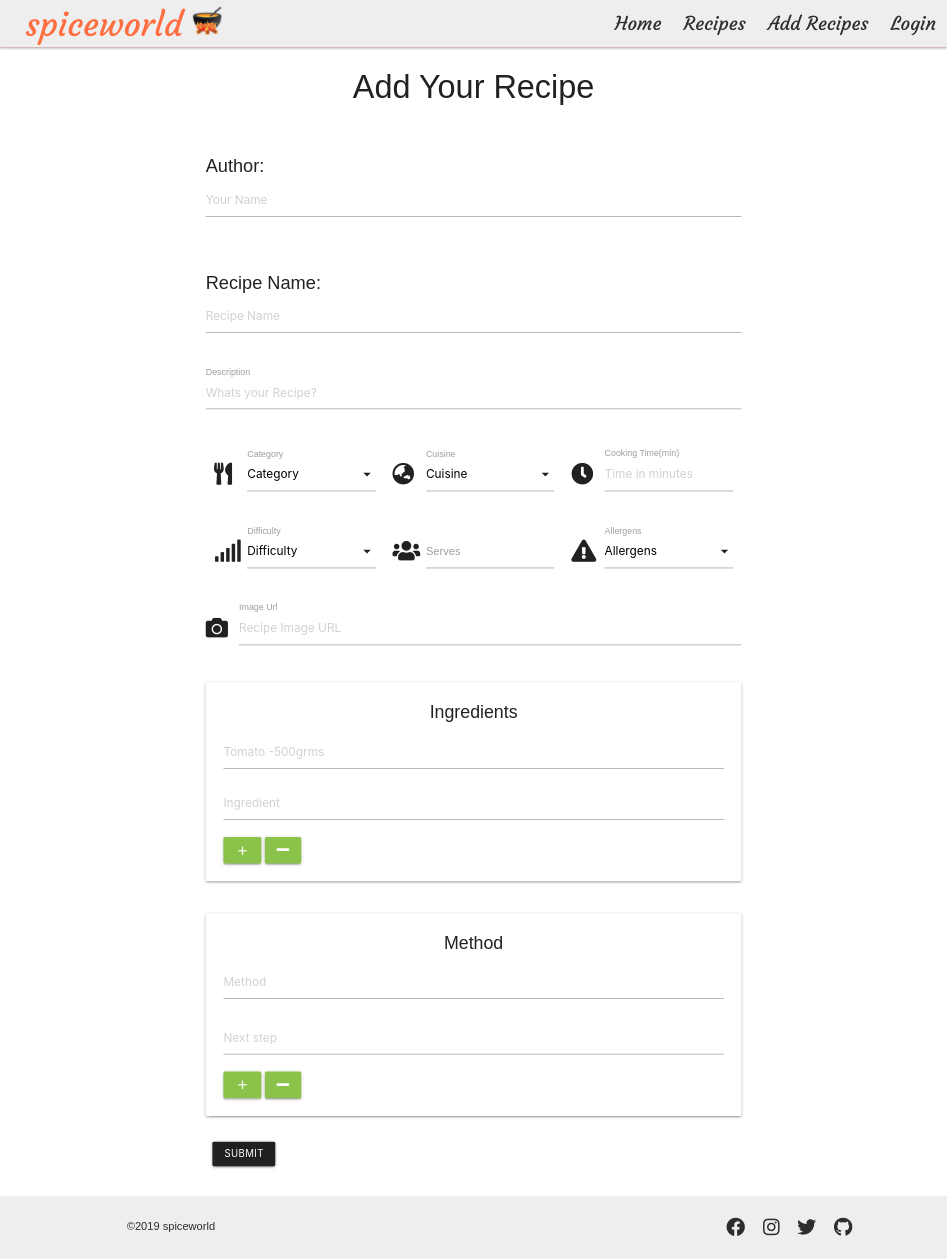
Repository: stephyraju/spiceworld
Page: http://localhost/add_recipe
The author's editor kept a record of every edit. The page is drawn from the files as they stood at one moment, then again after the next edit.
The browser window is 1280 px wide. The pictures show the whole page, at 74% of full size.
Some web libraries are served in a nearby version. The page is served by the project's application, run on Flask 3 (app.py). Queries for data that is not in the repository find no rows.

Above is the page before.

### templates/addrecipe.html
{% extends 'base.html'%} {% block content %}
<section class="container">
    <div class="row center">
        <h3>Add Your Recipe</h3>
    </div>
    <div class="row">
        <form action="{{ url_for('insert_recipe') }}" method="POST" class="col s12">
            <!-- Author -->
            <div class="row">
                <div class="input-field col s10 offset-s1">
                    <h5><strong>Author:</strong></h5>
                    <input placeholder="Your Name" id="author" name="author" type="text" class="validate" required="">
                </div>
            </div>
            <!-- recipe name -->
            <div class="row">
                <div class="input-field col s10 offset-s1">
                    <h5><strong>Recipe Name:</strong></h5>
                    <input placeholder="Recipe Name" id="recipe_name" name="recipe_name" type="text" class="validate" required="">
                </div>
            </div>
             <!-- Description -->
            <div class="row">
                <div class="input-field col s10 offset-s1">

                    <textarea id="recipe_description" placeholder="Whats your Recipe?" name="recipe_description" class="materialize-textarea" required></textarea>
                    <label for="icon_telephone">Description</label>
                </div>
            </div>



            <!-- Category -->
            <div class="row">
                <div class="col m10 offset-m1">
                    <!-- Category -->
                    <div class="col s6 l4">
                        <div class="input-field">
                            <i class="fas fa-utensils material-icons prefix"></i>
                            <select id="category" name="category_name" class="validate" required>
                           <option value="" disabled selected>Category</option>
                            {% for cat in categories %}
                           <option value="{{cat.category_name}}">{{cat.category_name}}</option>
                           {% endfor %}
                           </select>
                            <label>Category</label>
                        </div>
                    </div>

                    <!-- Cuisine -->
                    <div class="col s6 l4">
                        <div class="input-field">
                            <i class="fas fa-globe-asia material-icon prefix"></i>
                            <select id="cuisine" name="cuisine" class="validate" required>
                           <option value="" disabled selected>Cuisine</option>
                           {% for cuisine in cuisines %}
                                    <option value="{{cuisine.cuisine}}">{{cuisine.cuisine}}</option>
                                {% endfor %}
                           </select>
                            <label>Cuisine</label>
                        </div>
                    </div>
                    <!-- Cooking Time -->
                    <div class="col s6 l4">
                        <div class="input-field">
                            <i class="fas fa-clock material-icons prefix"></i>
                            <input id="cooking_time" name="cooking_time" type="number" placeholder="Time in minutes" class="validate" min="1" required="">
                            <label>Cooking Time(min)</label>
                        </div>
                    </div>
                </div>
            </div>
            <div class="row">
                <div class="col m10 offset-m1">
                    <!-- Difficulty -->
                    <div class="col s6 l4">
                        <div class="input-field">
                            <i class="fas fa-signal material-icons prefix"></i>
                            <select id="difficulty" name="" class="validate" required>
                           <option value="" disabled selected>Difficulty</option>
                                {% for level in difficulty%}
                                    <option value="{{level.difficulty}}">{{level.difficulty}}</option>
                                {% endfor %}
                           </select>
                            <label>Difficulty</label>
                        </div>
                    </div>
                    <!-- Serves -->
                    <div class="col s6 l4">
                        <div class="input-field">
                            <i class="fas fa-users material-icons prefix"></i>
                            <input id="serves" name="serves" type="number" class="validate" min="1" required="">
                            <label>Serves</label>
                        </div>
                    </div>
                    <!-- Allergens -->
                    <div class="col s6 l4">
                        <div class="input-field">
                            <i class="fas fa-exclamation-triangle material-icon prefix"></i>
                            <select id="allergens" name="allergens" class="validate" required>
                           <option value="" disabled selected>Allergens</option>
                            {% for allergen in allergens %}
                            <option class="allergens" value="{{allergen.allergen}}">{{allergen.allergen}}</option>
                            {% endfor %}
                           </select>
                            <label>Allergens</label>
                        </div>
                    </div>

                </div>
            </div>
            <!--Image Url-->
            <div class="row">
                <div class="col s10 offset-s1">
                    <div class="input-field ">
                        <i class="fas fa-camera material-icons prefix"></i>
                        <input id="image_url" name="image_url" class="validate" type="url" minlength="15" placeholder="Recipe Image URL" pattern="https?://.+">
                        <label for="image_url">Image Url</label>
                    </div>
                </div>
            </div>
            <!--Ingredients-->
            <div class="row">
                <div class="col s10 offset-s1">
                    <div class="card background">
                        <div class="card-content">
                            <span class="card-title center">Ingredients</span>

                            <div class="addIngredient">
                                <div class="input-field whites-4">
                                    <input id="ingredients" type="text" placeholder="Tomato -500grms" name="ingredients[]" required>
                                </div>
                            </div>
                            <div class="new-ingredient ingredient">
                                <div class="input-field whites-4">
                                    <input id="ingredient-new" type="text" class="ingredient validate" placeholder="Ingredient" name="ingredients[]" minlength="1" maxlength="10" required>
                                </div>
                            </div>
                            <!-- add button -->
                            <a id="add_ingredient" class="btn waves-effect waves-light light-green"><i class="material-icons">add</i></a>
                            <a id="remove_ingredient" class="btn waves-effect waves-light light-green"><i class="fas fa-minus"></i></a>
                        </div>
                    </div>
                </div>
            </div>
            <!--Direction-->
            <div class="row">
                <div class="col s10 offset-s1">
                    <div class="card background">
                        <div class="card-content">
                            <span class="card-title center">Method</span>
                            <div class="input-field whites-4">
                                <textarea id="methods" class="materialize-textarea validate" placeholder="Method" name="method" minlength="5" maxlength="600"></textarea>
                            </div>

                            <div class="new-step method">
                                <div class="input-field whites-4">
                                    <input id="new-step" type="text" class="method validate" placeholder="Next step" name="method" minlength="5" maxlength="600" required>
                                </div>
                            </div>
                            <a id="add_method" class="btn waves-effect waves-light light-green"><i class="material-icons">add</i></a>
                            <a id="remove_method" class="btn waves-effect waves-light light-green"><i class="fas fa-minus"></i></a>
                        </div>
                    </div>
                </div>
            </div>

            <!--Submit button-->
            <div class="row col s10 offset-s1">
                <button class="btn waves-effect waves-light btn-small grey darken-4" type="submit" name="action">Submit</button>
            </div>
        </form>
    </div>
</section>
{% endblock %}

### templates/base.html
<!DOCTYPE html>
<html lang="en">

<head>
  <meta charset="UTF-8">
  <meta name="viewport" content="width=device-width, initial-scale=1.0">
  <meta http-equiv="X-UA-Compatible" content="ie=edge">
  <title>spiceworld</title>

  <!--Import Google Icon Font-->
  <link href="https://fonts.googleapis.com/icon?family=Material+Icons" rel="stylesheet">
  <!--Font Awesome-->
  <link rel="stylesheet" href="https://use.fontawesome.com/releases/v5.8.2/css/all.css" integrity="sha384-oS3vJWv+0UjzBfQzYUhtDYW+Pj2yciDJxpsK1OYPAYjqT085Qq/1cq5FLXAZQ7Ay" crossorigin="anonymous">
  <!--Materialize CSS-->
  <link rel="stylesheet" href="https://cdnjs.cloudflare.com/ajax/libs/materialize/1.0.0/css/materialize.min.css">
  <!--CSS-->
  <link rel="stylesheet" href="{{ url_for('static', filename='css/style.css')}}" type="text/css" />

</head>

<body>

  <!--Header-->
  <header class="navbar-fixed">
    <nav>
      <div class="nav-wrapper grey lighten-3">
        <a href="#" class="brand-logo">spiceworld <img class="hide-on-med-and-down" src="{{ url_for('static', filename='images/logo.png') }}"></a>
        <a href="#" data-target="mobile-sidenav" class="sidenav-trigger"><i class="fas fa-bars"></i></a>
        <ul id="nav-mobile" class="right hide-on-med-and-down">
          <li><a href="{{ url_for('index') }}">Home</a></li>
          <li><a href="{{ url_for('get_recipes') }}">Recipes</a></li>
          <li><a href="{{ url_for('add_recipe') }}">Add Recipes</a></li>
          <li><a href="collapsible.html">Login</a></li>

        </ul>
      </div>
    </nav>
  </header>
  <!--Sidenav-->
  <ul class="sidenav" id="mobile-sidenav">
    <img class="responsive-img" src="{{ url_for('static', filename='images/sidenav.png') }}" alt="spices-image">

    <li><a class="active" href="#">Home</a></li>
    <li><a href="#!">Recipes</a></li>

    <li><a href="#">Login</a></li>
    <li><a class="waves-effect" href="#!">Third Link With Waves</a></li>
  </ul>

  <main>
    {% block content %}
    {% endblock %}
  </main>

  <footer class="page-footer grey lighten-3">

     <div class="row footer-content">
        <div class="col s5 m6">
          <div class="copyright">&copy;2019 spiceworld</div>
        </div>
        <div class="col s7 m3">
                    <a href="https://www.facebook.com/" target="_blank"><i class="fab fa-facebook social-icon"></i></a>
                    <a href="https://www.instagram.com/" target="_blank"><i class="fab fa-instagram social-icon"></i></a>
                    <a href="https://www.twitter.com/" target="_blank"><i class="fab fa-twitter social-icon"></i></a>
                    <a href="https://github.com/stephyraju" target="_blank"><i class="fab fa-github social-icon"></i></a>
        </div>

      </div>

  </footer>

  <script src="https://code.jquery.com/jquery-3.4.0.slim.js" integrity="sha256-milezx5lakrZu0OP9b2QWFy1ft/UEUK6NH1Jqz8hUhQ=" crossorigin="anonymous"></script>
  <script src="https://cdnjs.cloudflare.com/ajax/libs/materialize/1.0.0/js/materialize.min.js"></script>
  <script src="{{ url_for('static', filename='js/main.js') }}"></script>
</body>

</html>

### app.py
import os
from flask import Flask, render_template, redirect, request, url_for
from flask_pymongo import PyMongo
from bson.objectid import ObjectId

# declaring app name
app = Flask(__name__)

app.config["MONGO_DBNAME"] = 'cook_book'
app.config["MONGO_URI"] = os.getenv('MONGO_URI', 'mongodb://localhost')

mongo = PyMongo(app)

@app.route('/')
@app.route('/index')
def index():
     return render_template("index.html", recipes=mongo.db.recipes.find())

#@app.route('/get_recipes',methods=['POST','GET'])
#def get_recipes():
 #   return render_template("recipes.html", recipes=mongo.db.recipes.find())

@app.route("/get_recipes", methods=['POST', 'GET'])
def get_recipes():
    return render_template('recipes.html',
                         recipes=mongo.db.recipes.find(),
                         categories = mongo.db.categories.find())


@app.route('/add_recipe')
def add_recipe():
     return render_template("addrecipe.html",
               recipes=mongo.db.recipes.find(),
               categories = mongo.db.categories.find(),
               cuisines=mongo.db.cuisines.find(),
               difficulty=mongo.db.difficulty.find(),
               allergens=mongo.db.allergens.find())


@app.route('/insert_recipe', methods=['POST'])
def insert_recipe():
    print(request.form)
    print(request.form.getlist('ingredients[]'))
    print(request.form.to_dict())
    recipes = mongo.db.recipes
    data = request.form.to_dict()
    data.update({'ingredients':request.form.getlist('ingredients[]')})
    del data['ingredients[]']
    recipes.insert_one(data)
    return redirect(url_for('get_recipes'))

@app.route('/view_recipes', methods=['GET'])
def view_recipes():
     return render_template("view.html",
               categories=mongo.db.categories.find())


if __name__ == '__main__':
    app.run(host=os.environ.get('IP'),
            port=int(os.environ.get('PORT')),
            debug=True)

### static/css/style.css
@import url('https://fonts.googleapis.com/css?family=Courgette&display=swap');

body {
  background-color: F0F0F0;
  font-family: 'ProximaNova Regular', sans-serif;
  display: flex;
  flex-direction: column;
  min-height: 100vh;
  overflow-x: hidden;
}
.section-container {
  max-width: 100%;
  margin-left: auto;
  margin-right: auto;
  padding-left: 15px;
  padding-right: 15px;
  border-radius: 5px;
}
/* -------- Nav Bar ----------*/

nav {
     font-family: 'Courgette';
}

nav .brand-logo {
    color: #ff6e40;
    font-size: 3rem;
    font-family: 'Courgette', cursive;
    -webkit-transition: 0.2s;
    -o-transition: 0.2s;
    transition: 0.2s;
}

@media screen and (min-width: 993px){
nav .brand-logo {
    margin-left: 2.3rem;
}
}
nav ul a {
  color:#2d2d2d;
  font-size: 1.7rem;
  font-family: 'Courgette';
}
nav ul a:hover,
nav ul .active {
  color:#76c14f;
}
.fa-bars{
  color: #ff6e40;
}

/*--------Title----------*/

.title-container{
  position: relative;
  text-align: center;
  color: white;
  width:100%;
  margin-top: 20px;
}
.title-container img{
    display: block;
    width: 100%;
    height: 25vh;
    object-fit: cover;
    border-radius: 5px;
}

.intro-content{
  position: absolute;
  top: 50%;
  left: 70%;
  transform: translate(-50%, -50%);
}
/*--------Category---------*/

.catergory-container{
  font-size: 1.2rem;
  color:#2d2d2d;
  margin-top: 20px;
  background-color:#eeeeee;
  height:70px;
  margin-left: 15px;
  margin-right: 15px;
}
.catergory-container .row {
  padding-top: 20px;
}
.catergory-container a {
  color:#2d2d2d;
}
.catergory-container a :hover {
  color:#ff6e40 !important;
}

/*--------Description---------*/
.cells h4 {
  font-family: 'Muli','sans-serif';
}
.cells h5{
  color: #76c14f;
  font-size: 1.5rem;
  font-family: 'Courgette',sans-serif;
}
 p {
  padding-left: 30px;
  padding-right: 30px;
}
.content{
  margin-top: 20px;
  margin-bottom: 20px;
}
/*--------View Recipe---------*/
li {
  list-style: square;
  }
 .recipe-view .card {
   background-color: #fcf4ec;
 }
/*--------Footer---------*/

.page-footer i{
  color:#2d2d2d;
}
.page-footer i:hover{
   color:#ff6e40;
}
.page-footer {
    min-height: 45px;
}
.footer-content{
  display:flex;
  color:#2d2d2d;
}
.copyright{
  padding-top: 10px;
}
.social-icon {
  margin: 10px;
  color: white;
  font-size: 1.7rem;
}

### static/js/main.js
$(document).ready(function(){
    $('.sidenav').sidenav();
    $('.dropdown-trigger').dropdown();
    $('select').formSelect();
    $('.carousel').carousel();

  });

 var ingredientField = $(".ingredient").length;
    $("#add_ingredient").on("click", function () {
        $("select").formSelect("destroy");
        $(".new-ingredient:first").clone().insertBefore("#add_ingredient").find("input[type='text'], select, textarea").val("");
        $("select").formSelect();
        ingredientField += 1;
    });

    $("#remove_ingredient").on("click", function () {
        if (ingredientField > 1) {
            /* only remove the :last item */
            $(this).siblings(".new-ingredient:last").remove();
            /* ensure original ingredient line never gets deleted */
            ingredientField-= 1;
        }
    });


var methodField = $(".method").length;
    /* add new cloned item */
    $("#add-method").on("click", function () {
        /* clone and remove existing values */
        $(".new-step:first").clone().insertBefore("#add-method").find("input[type='text'], select, textarea").val("");
        /* increase counter so original direction is never removed */
        methodField += 1;
    });
    /* delete last cloned item */
    $("#remove-method").on("click", function () {
        if ( methodField > 1) {
            /* only remove the :last item */
            $(this).siblings(".new-step:last").remove();
            /* ensure original direction line never gets deleted */
            methodField -= 1;
        }
    });

After the next edit:
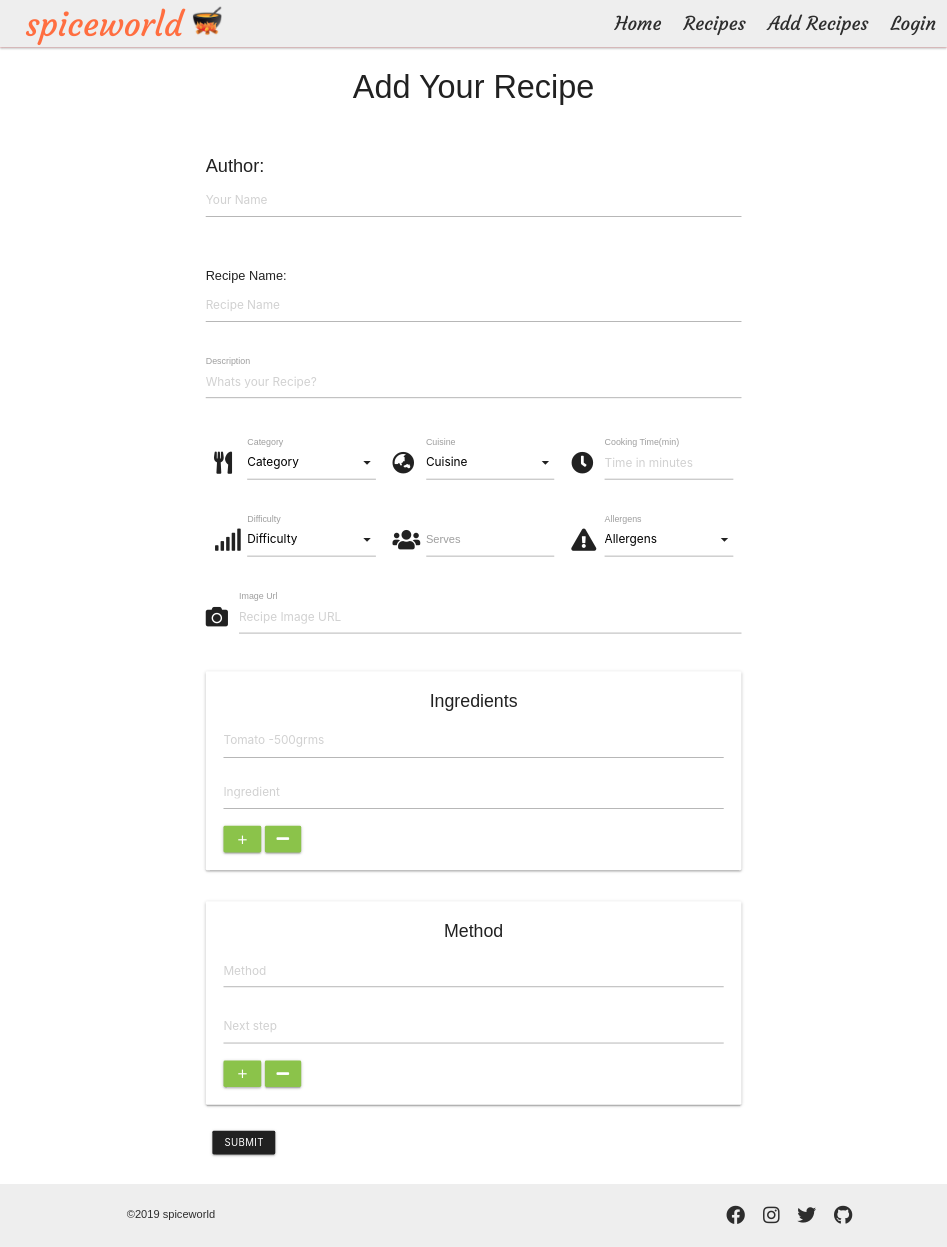
The edit:
--- a/templates/addrecipe.html
+++ b/templates/addrecipe.html
@@ -15,7 +15,7 @@
             <!-- recipe name -->
             <div class="row">
                 <div class="input-field col s10 offset-s1">
-                    <h5><strong>Recipe Name:</strong></h5>
+                    <h6><strong>Recipe Name:</strong></h6>
                     <input placeholder="Recipe Name" id="recipe_name" name="recipe_name" type="text" class="validate" required="">
                 </div>
             </div>
